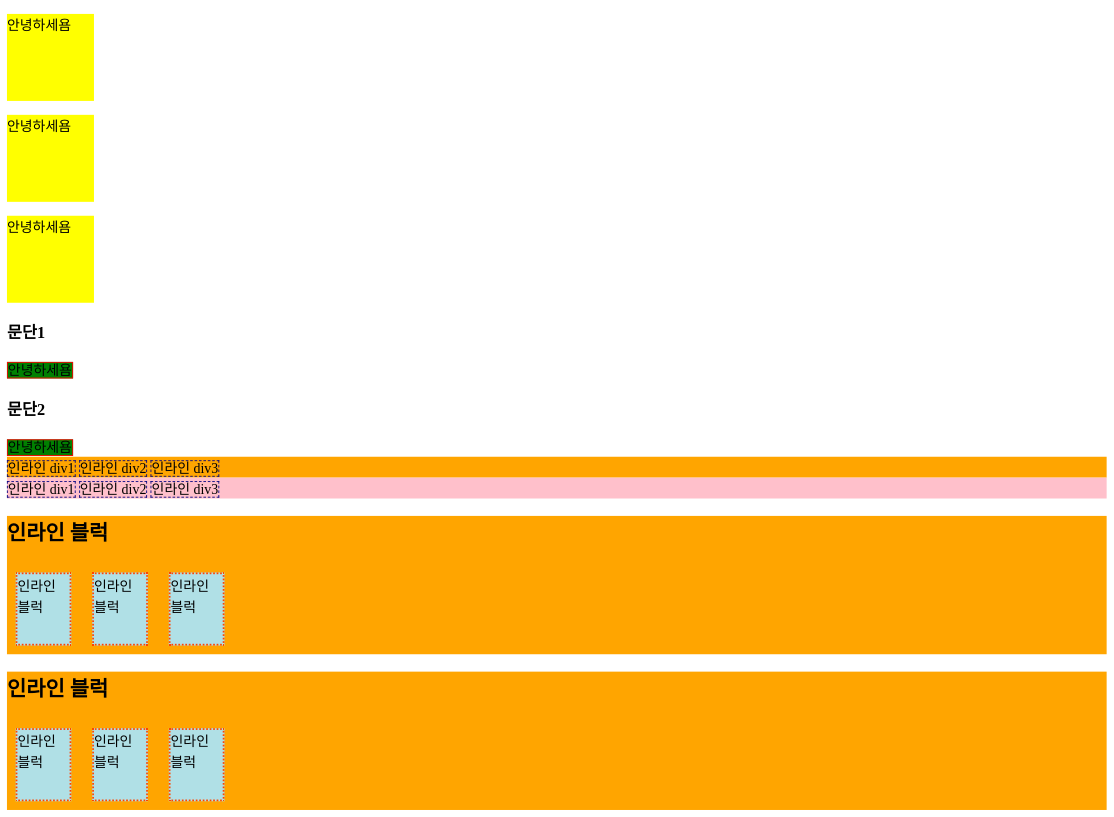
Repository: buildadoor/eclipse
Page: frontWeb/src/main/webapp/a05_cssHigh/a02_display2.html
The author's editor kept a copy of each file at every save. The page is drawn from the files as they stood at one save, then again after the next save.
The browser window is 1280 px wide. The pictures show the whole page, at 87% of full size.

Above is the page before, as saved 2022-11-09 07:10:48.

### frontWeb/src/main/webapp/a05_cssHigh/a02_display2.html
<!DOCTYPE html>
<html>
<head>
<meta charset="UTF-8">
<title>Insert title here</title>
<style type="text/css">
/*
# display:inline
1. div를 inline으로 수정
*/
	div>div{
		display:inline;
		border:1px dashed navy;
	}
	/*
	ex)  div의  자손 p태그는 inline으로 처리하세요

	*/
	div p{display:inline;border:1px solid red; background:green;}
	p{width:100px;height:100px;background:yellow;}

</style>
</head>
<body>
		<p>안녕하세욤</p>
		<p>안녕하세욤</p>
		<p>안녕하세욤</p>
		<div>
		<h3>문단1</h3>
		<p>안녕하세욤</p>
		</div>
		<div>
		<h3>문단2</h3>
		<p>안녕하세욤</p>
		</div>
	<div style="background:orange">
		<div>인라인 div1</div>
		<div>인라인 div2</div>
		<div>인라인 div3</div>
		</div>
	<div style="background:pink">
		<div>인라인 div1</div>
		<div>인라인 div2</div>
		<div>인라인 div3</div>
		</div>
<!--
#dispaly:inline-block
1. div를 인라인 블록 박스로 수정
 -->
<style>
		div div.inblock{
			display:inline-block;
			border:2px dotted orangered;
			background:powderblue;
			margin:10px;
			width:60px;height:80px;
		}
		p h2.inblock{
		width:100px;
		height:100px
		}
</style>

	<div style="background:orange">
		<h2>인라인 블럭</h2>
		<div class="inblock">인라인 블럭</div>
		<div class="inblock">인라인 블럭</div>
		<div class="inblock">인라인 블럭</div>
</div>
	<div style="background:orange">
		<h2>인라인 블럭</h2>
		<div class="inblock">인라인 블럭</div>
		<div class="inblock">인라인 블럭</div>
		<div class="inblock">인라인 블럭</div>
</div>
<!-- ex) p 안에 h2를 선언해서 자손관계에 있으면 h2가 inline-block
		으로 넓이와 폭이 설정되게 하세요.-->

</body>
</html>

After the next save:
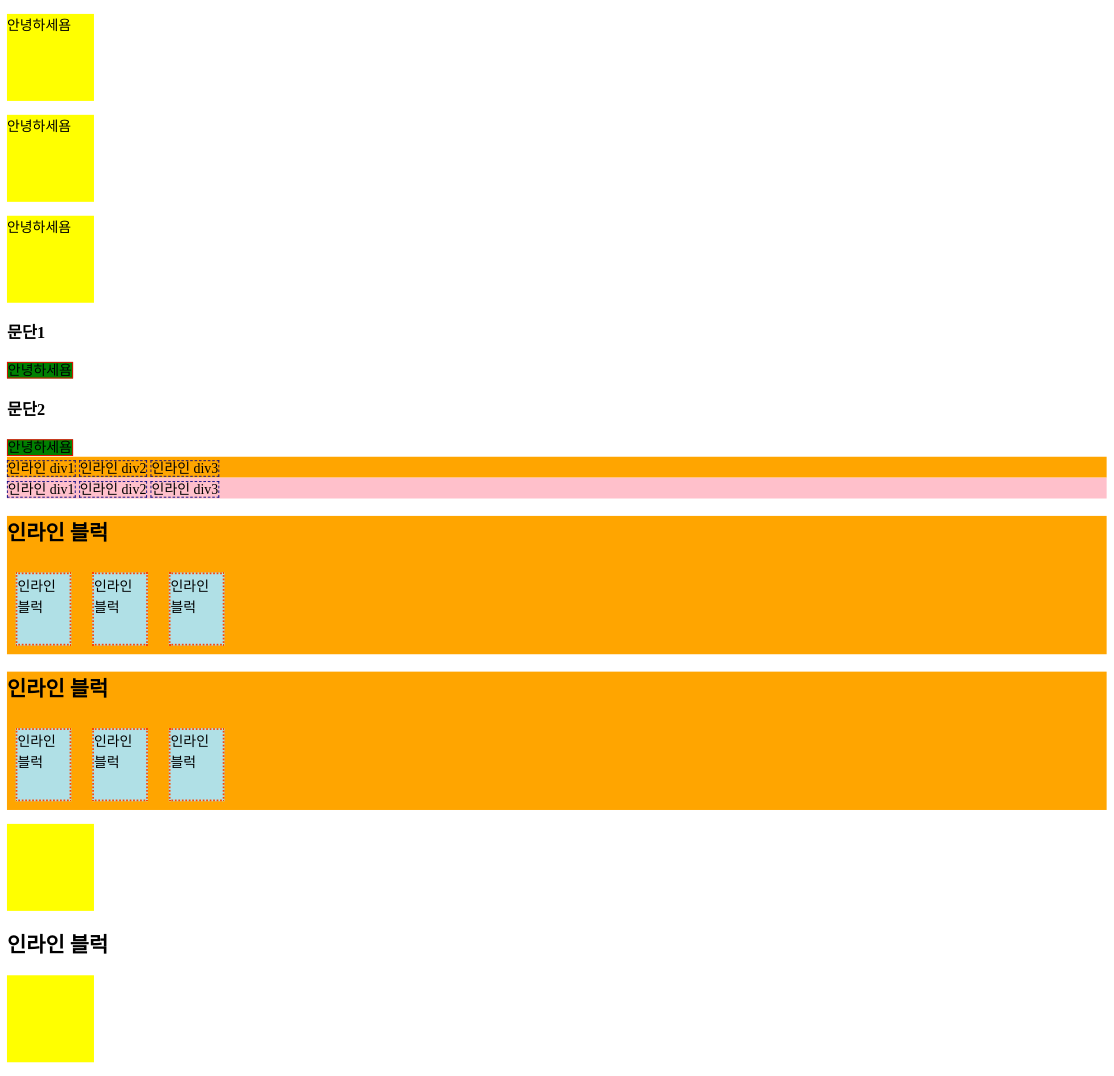
Saved 24 s later.
--- a/frontWeb/src/main/webapp/a05_cssHigh/a02_display2.html
+++ b/frontWeb/src/main/webapp/a05_cssHigh/a02_display2.html
@@ -75,6 +75,8 @@
 </div>
 <!-- ex) p 안에 h2를 선언해서 자손관계에 있으면 h2가 inline-block
 		으로 넓이와 폭이 설정되게 하세요.-->
-
+	<p>
+	<h2>인라인 블럭</h2>
+	</p>
 </body>
 </html>
